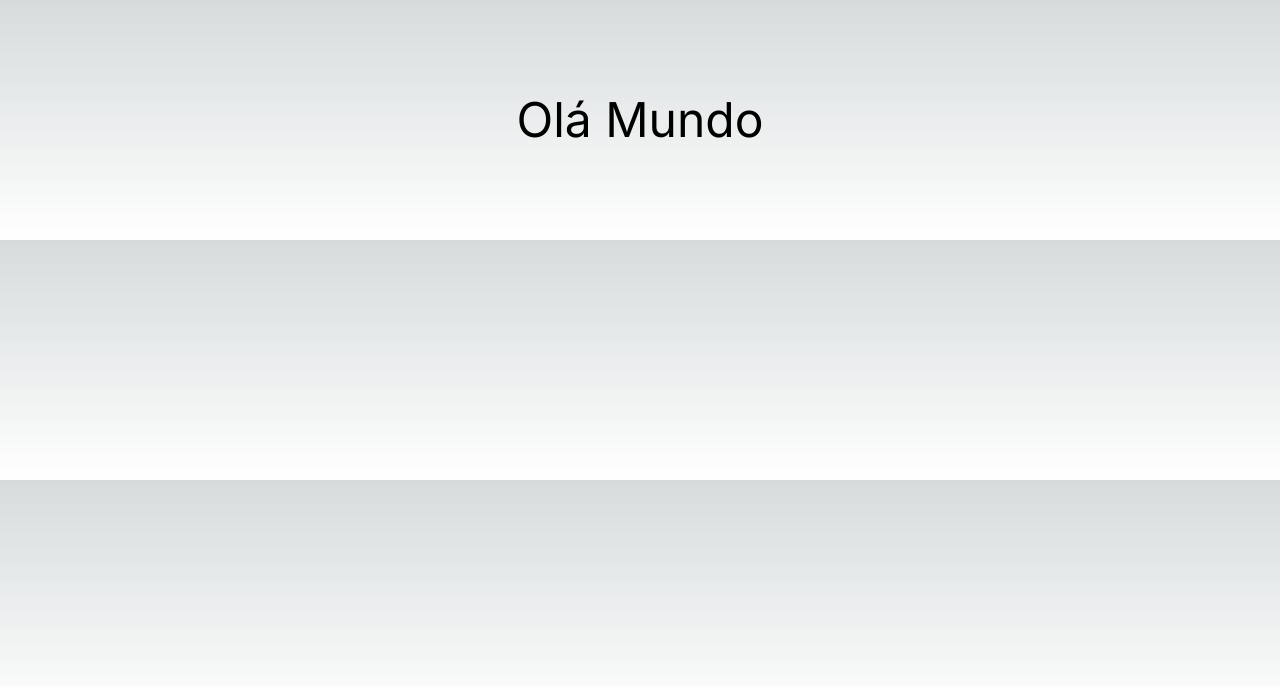
Repository: wellingtondevops/01-first-steps
Page: /
These files come from the project's save history. The page is drawn as it stood at one moment and after the next save; the edit follows.
The browser window is 1280 px wide. The pictures show the whole page.
The project was rebuilt for these pictures with package versions that can differ from the ones it lists, and the page was loaded fresh each time. The framework's server and built-in components were replaced by stand-ins that run in the browser. Also part of the build but not shown: next.config.js.

Above is the page before, as saved 2025-07-12 13:39:56.

### app/layout.tsx
import type { Metadata } from 'next'
import { Inter } from 'next/font/google'
import './globals.css'

const inter = Inter({ subsets: ['latin'] })

export const metadata: Metadata = {
  title: 'My first App Next',
  description: 'Development Nextjs',
}

export default function RootLayout({
  children,
}: {
  children: React.ReactNode
}) {
  return (
    <html lang="en">
      <body className={inter.className}>{children}</body>
    </html>
  )
}

### app/page.tsx

export default function Home() {
  return (
    <main className="flex flex-col items-center p-24">
      <span className="text-5xl">Olá Mundo</span>
    </main>
  )
}

Loaded but not shown: app/globals.css (common file); tailwind.config.ts (common file)

After the next save:
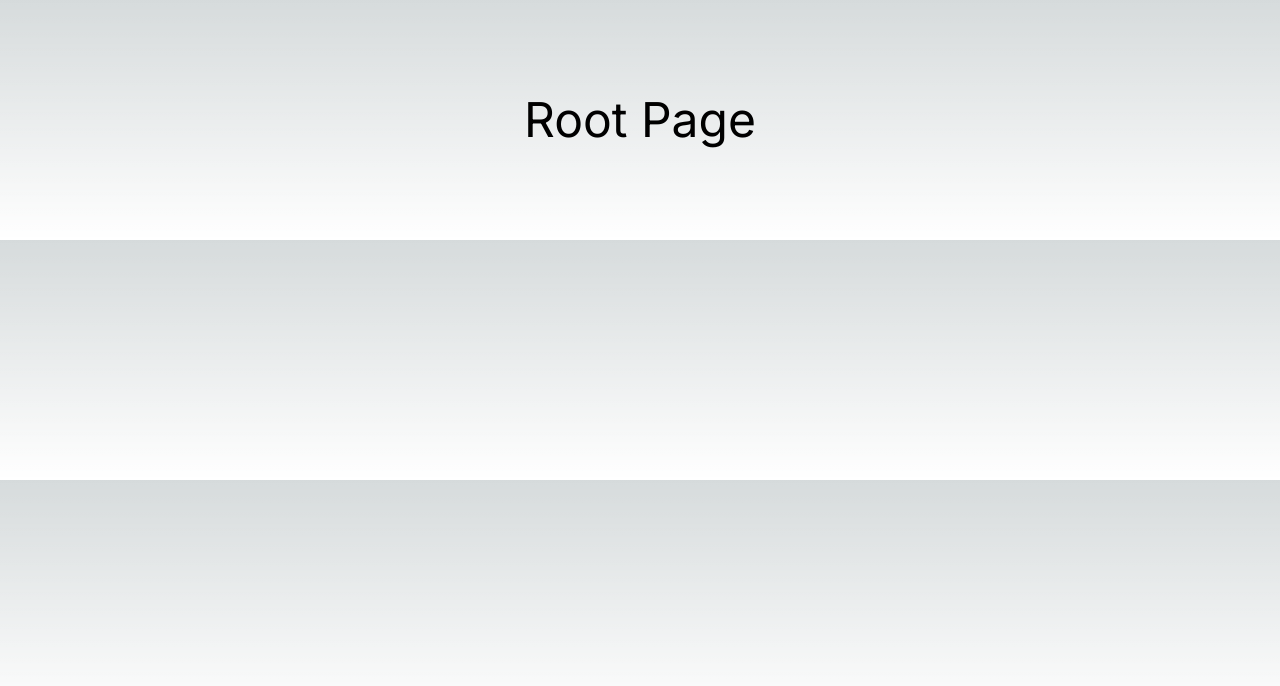
Saved 47 s later.
--- a/app/page.tsx
+++ b/app/page.tsx
@@ -2,7 +2,7 @@
 export default function Home() {
   return (
     <main className="flex flex-col items-center p-24">
-      <span className="text-5xl">Olá Mundo</span>
+      <span className="text-5xl">Root Page</span>
     </main>
   )
 }
